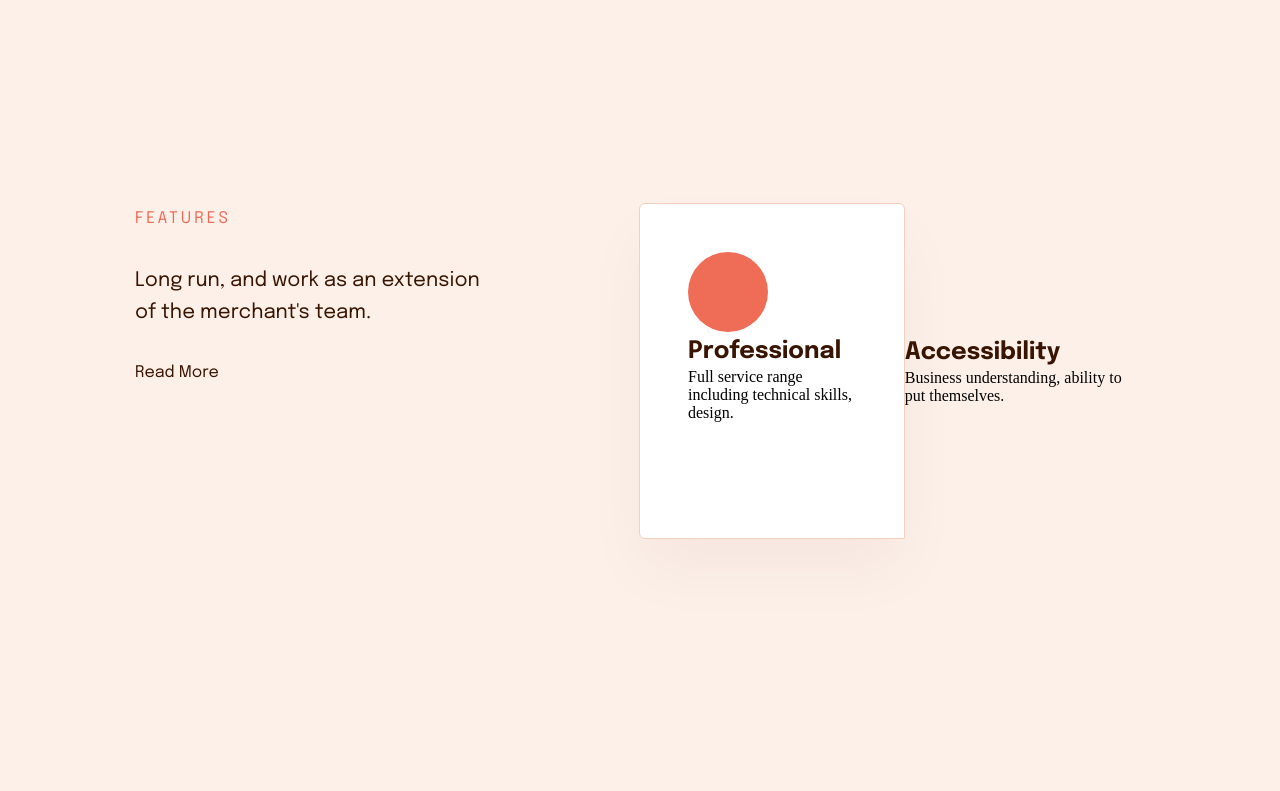
Repository: kubrazamanova/Project-7
Page: index.html
An editor plug-in stored every save of this project. The page is shown before and after a run of saves, followed by the edit.
The browser window is 1280 px wide. The pictures show the whole page.

Above is the page before, as saved 2023-09-23 10:34:24.

After the next 2 saves:
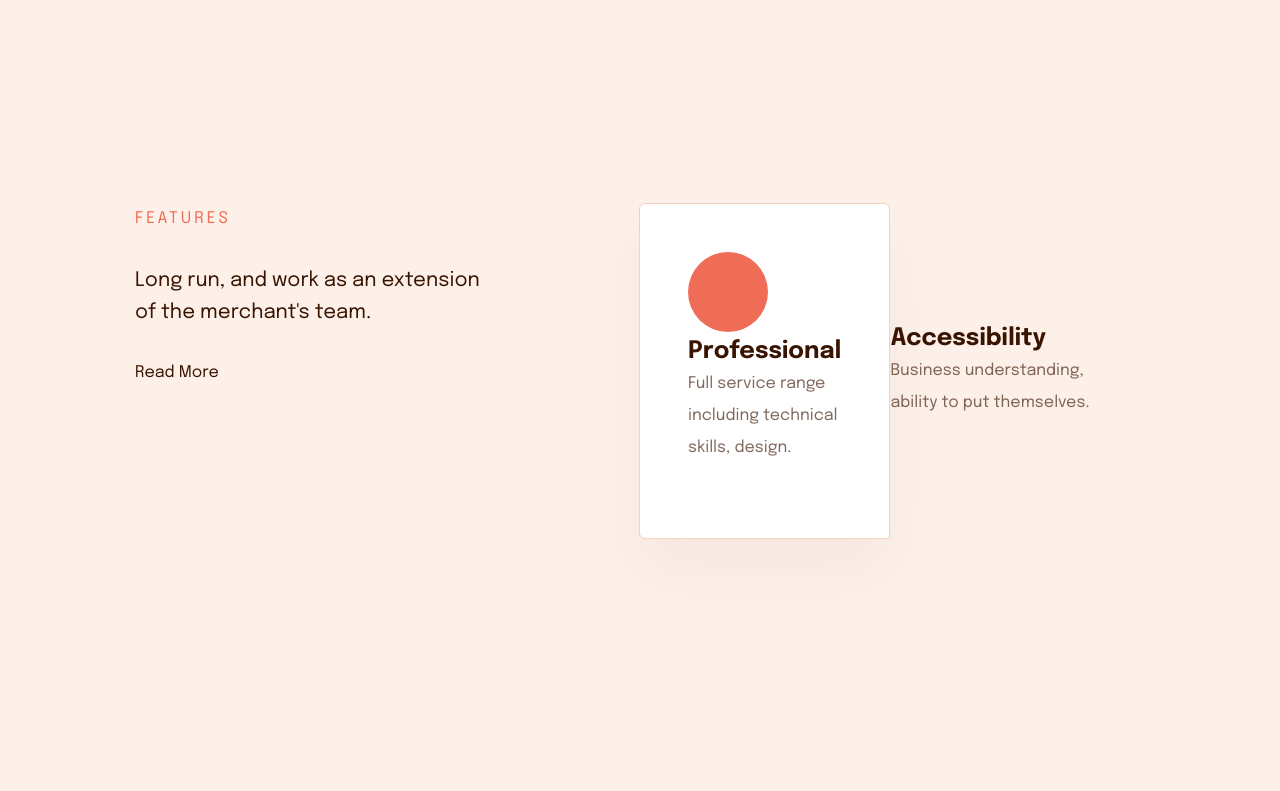
The 2 saves are shown as one change because they came seconds apart.
The last was saved 6 s later.
--- a/index.css
+++ b/index.css
@@ -59,7 +59,7 @@
   line-height: 32px;
 }
 
-.container .box-3 span {
+.container li span {
   width: 240px;
   color: var(--Text_Dark_Gray, rgba(57, 20, 0, 0.64));
   font-feature-settings: "clig" off, "liga" off;
